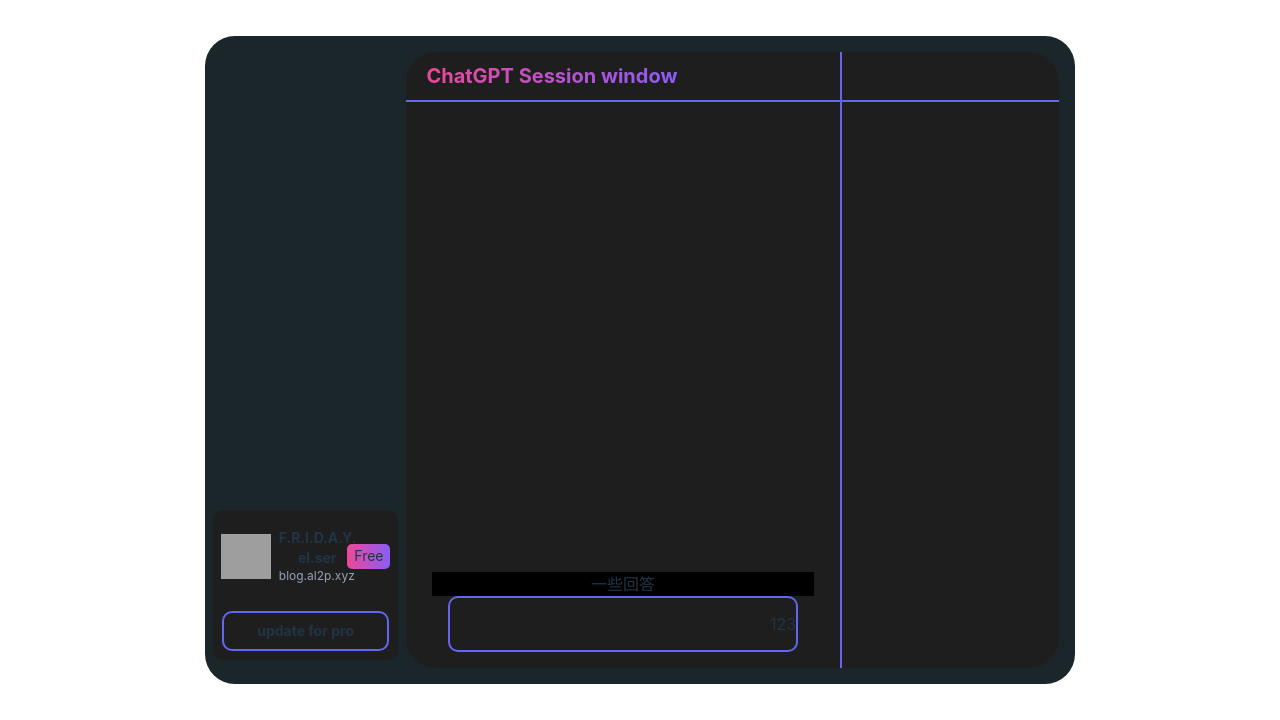
Repository: yezhonghu0503/chatgpt-vue-lac
Page: /
An editor plug-in stored every save of this project. The page is shown before and after the next save, followed by the edit.
The browser window is 1280 px wide. The pictures show the whole page.
Pictures or frames that could not be fetched are drawn as grey boxes. The project was rebuilt for these pictures with package versions that can differ from the ones it lists, and the page was loaded fresh each time. Also part of the build but not shown: vite.config.ts.

Above is the page before, as saved 2023-05-18 18:23:26.

After the next save:
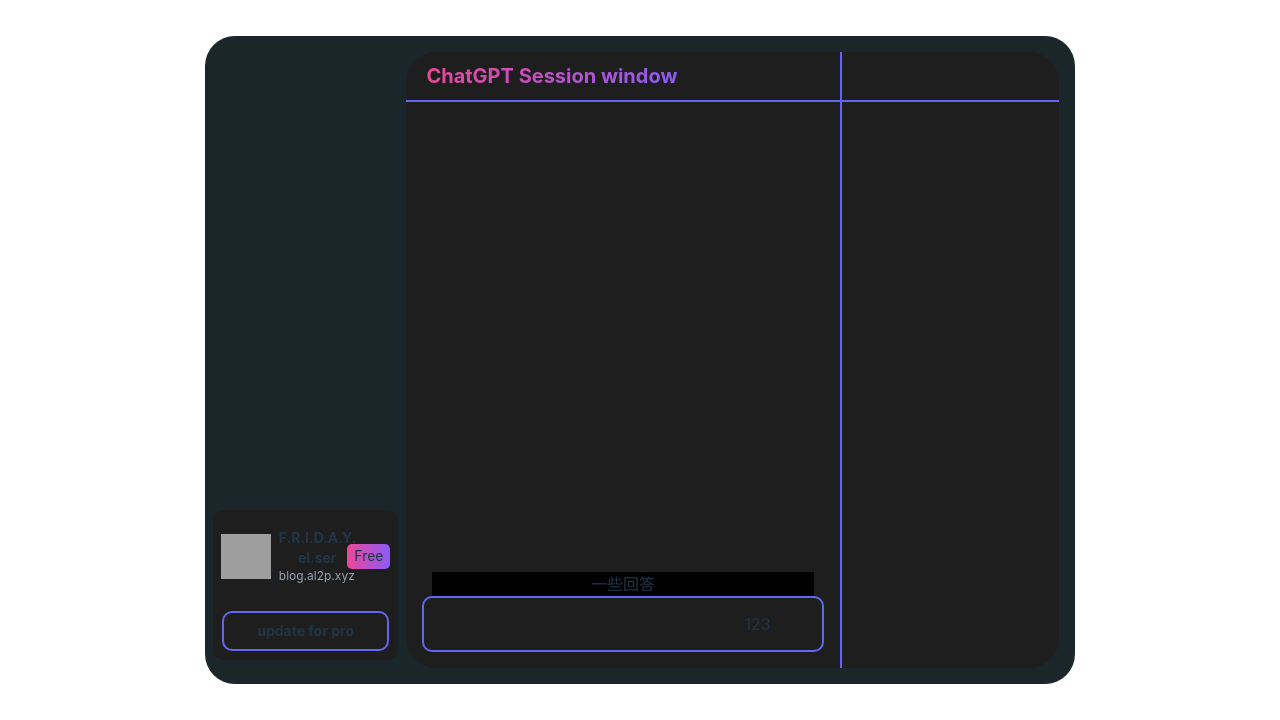
Saved 23 s later.
--- a/src/components/chat-main/chatMain.vue
+++ b/src/components/chat-main/chatMain.vue
@@ -15,7 +15,7 @@
           <img src="" alt="" />
         </div>
         <div
-          class="flex items-center rounded-[10px] h-14 border-2 border-indigo-500"
+          class="flex w-[100%] items-center rounded-[10px] h-14 border-2 border-indigo-500"
         >
           <input class="w-[25vw]" type="text" />
           <div>123</div>
